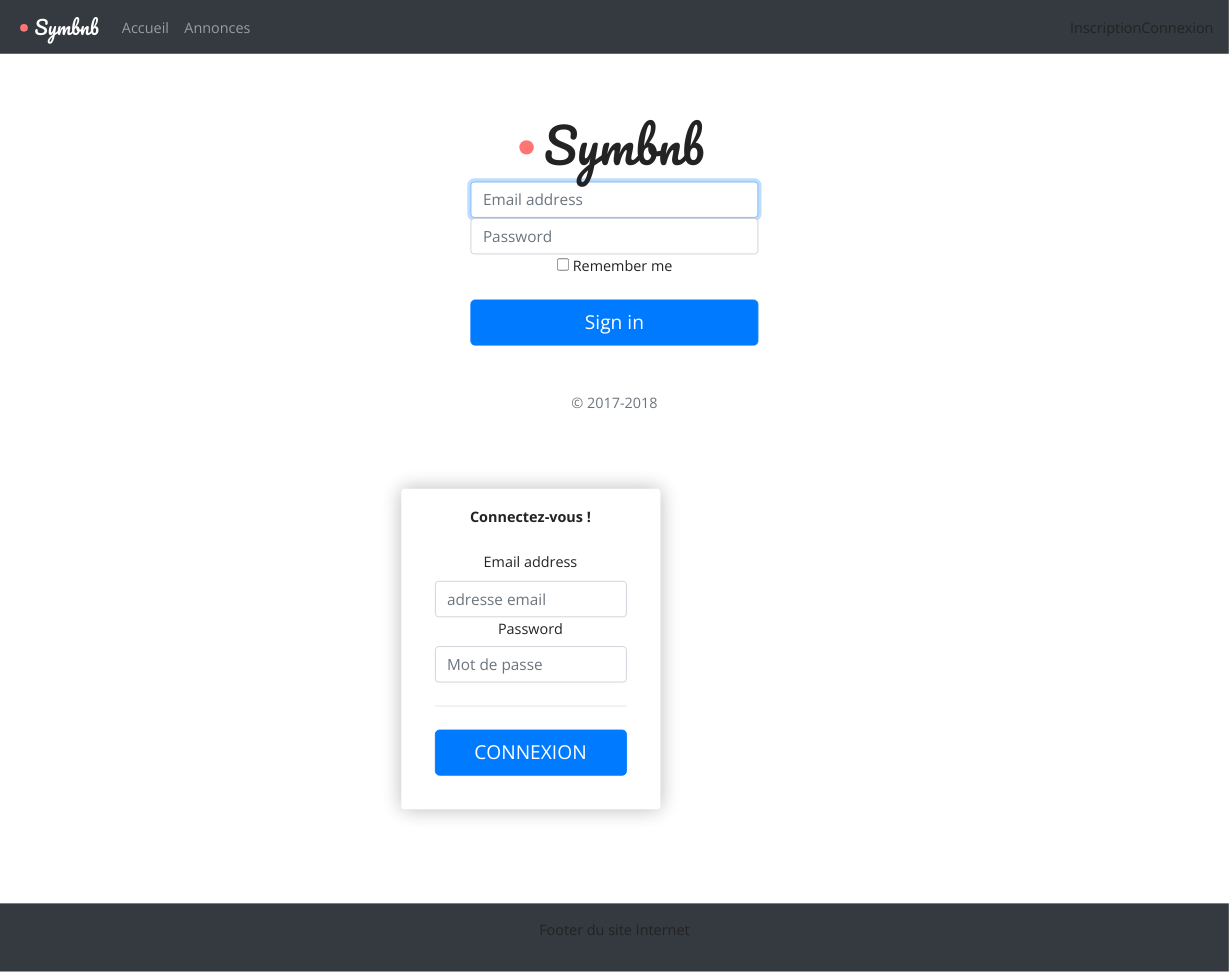
Repository: buzzEclair/symbnb
Page: templates/account/login.html.twig
These files come from the project's save history. The page is drawn as it stood at one moment and after the next save; the edit follows.
The browser window is 1280 px wide. The pictures show the whole page, at 96% of full size.
The page is a Twig template of a Symfony application; nobody is signed in and links lead nowhere. The template is opened directly, without the code that normally fills it, so the values that code supplies are empty.

Above is the page before, as saved 2019-03-15 14:10:03.

After the next save:
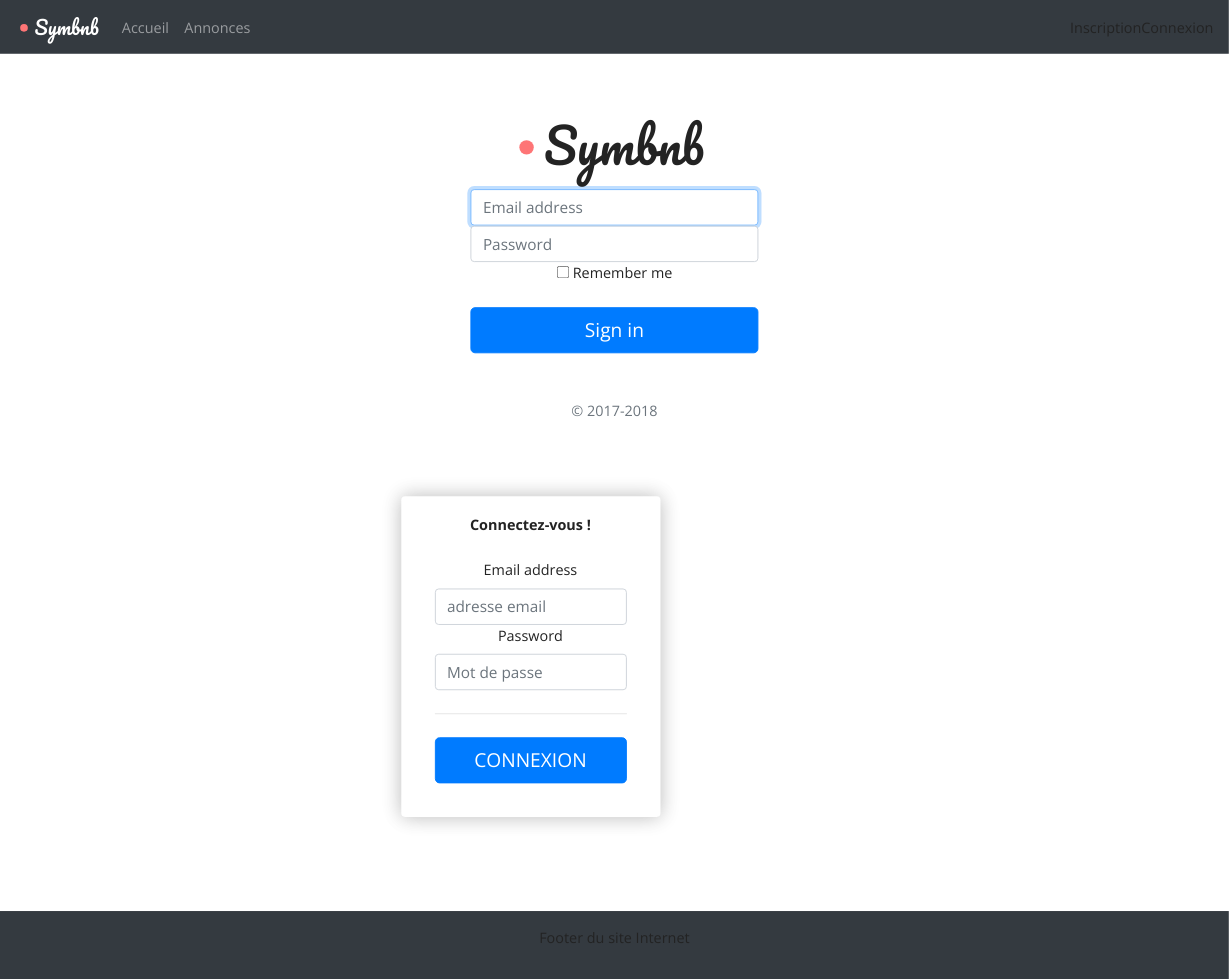
Saved 5 s later.
--- a/templates/account/login.html.twig
+++ b/templates/account/login.html.twig
@@ -5,7 +5,7 @@
 {% block body %}
 <div class="container text-center">
         <form class="form-signin">
-                <h1 class="logo">Symbnb</h1>
+                <h1 class="logo mb-3">Symbnb</h1>
 
                 {% if hasError %}
                     <div class="alert alert-danger">Une erreur est survenue, le nom d'utilisateur est invalide</div>
